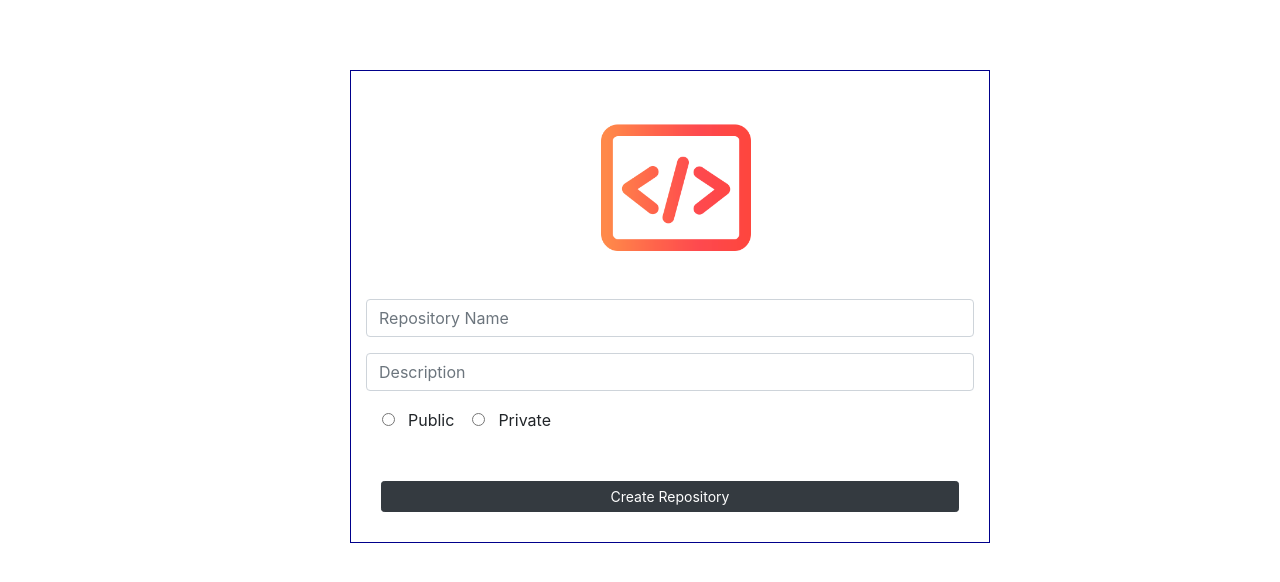
Repository: rashmikagamage/OAuth-Implementation
Page: /auth/github/callback (app in frontend/)
An editor plug-in stored every save of this project. The page is shown before and after the next save, followed by the edit.
The browser window is 1280 px wide. The pictures show the whole page.
Some web libraries are served in a nearby version. The project was rebuilt for these pictures with package versions that can differ from the ones it lists, and the page was loaded fresh each time. Also part of the build but not shown: frontend/src/css/twitter.css, frontend/src/components/login.js, frontend/src/components/twitter-home.js, frontend/src/components/login-git.js, frontend/src/App.css.

Above is the page before, as saved 2021-09-08 17:56:21.

After the next save:
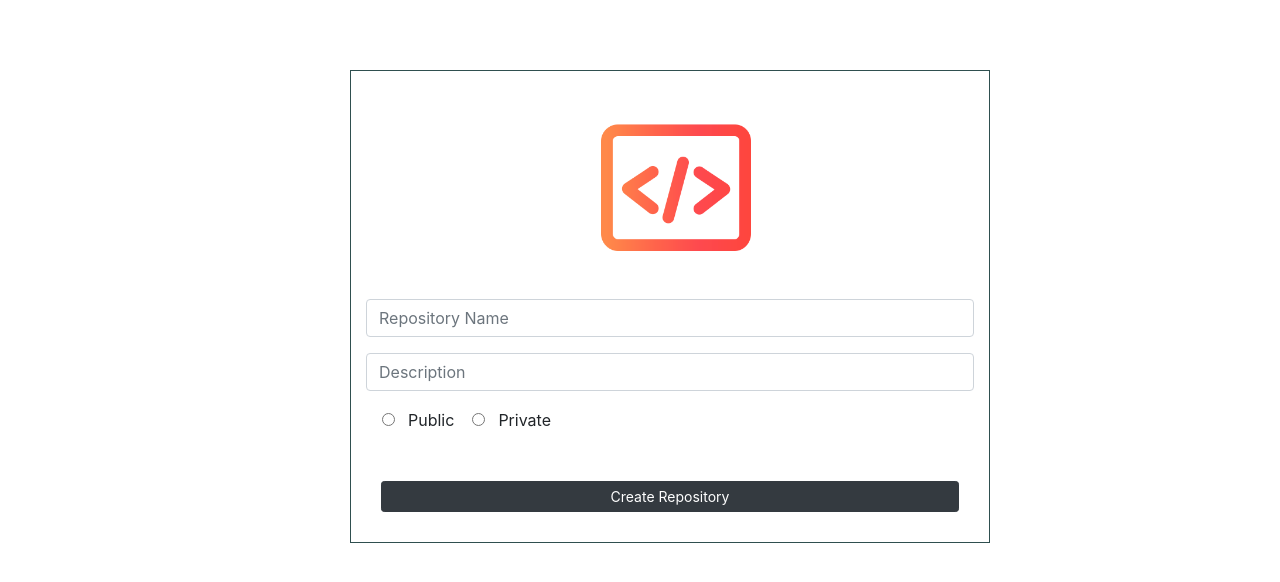
Saved 13 s later.
--- a/frontend/src/css/git.css
+++ b/frontend/src/css/git.css
@@ -2,7 +2,7 @@
   margin-top: 70px;
   margin-left: 350px;
   width: 50%;
-  border: 1px solid darkblue;
+  border: 1px solid darkslategray;
   padding: 30px;
 
 
